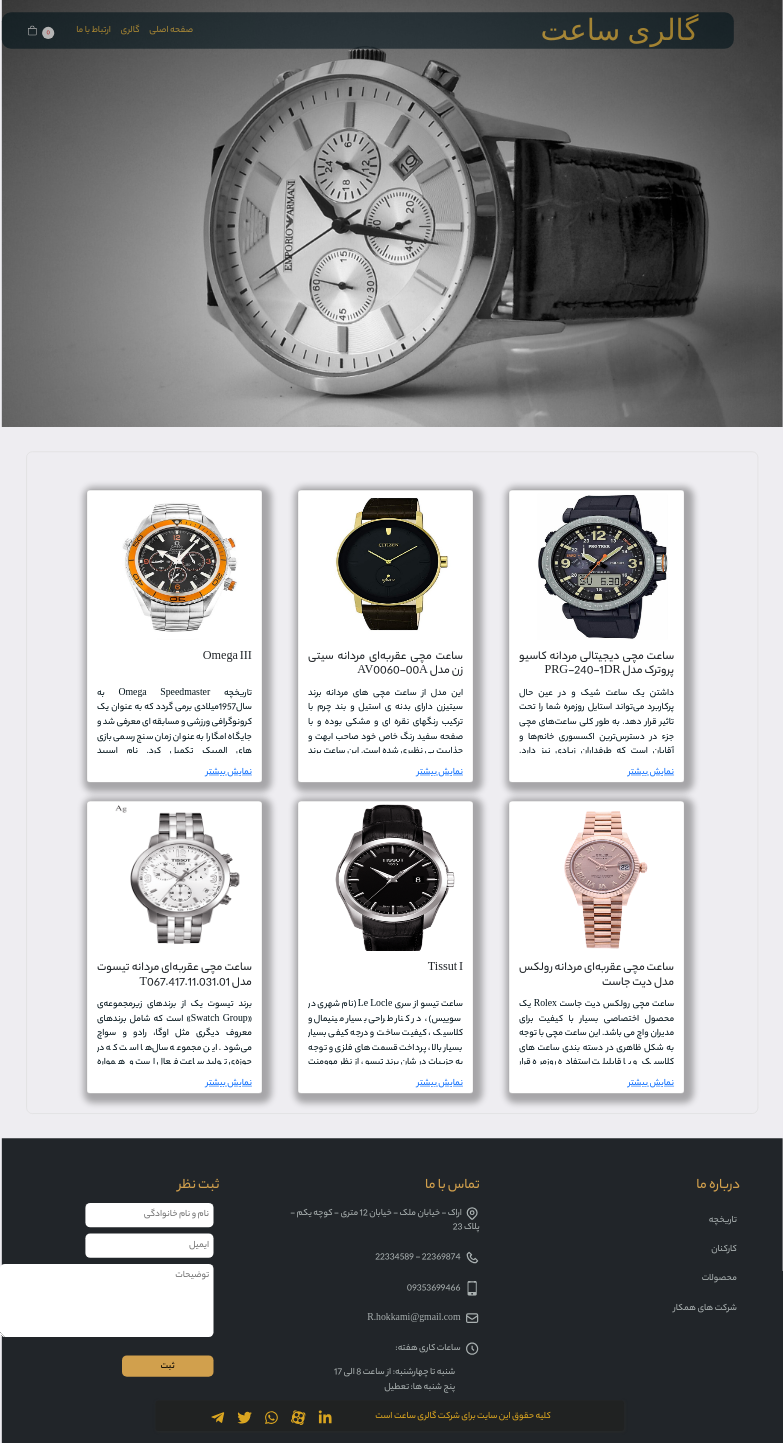
Repository: hokkami/store-prj
Page: /
These files come from the project's save history. The page is drawn as it stood at one moment and after a run of saves; the edit follows.
The browser window is 1280 px wide. The page is 1283 px wide, so the pictures cover 1283 px, including what lies to the right of the window. The pictures show the whole page, at 61% of full size.
The project was rebuilt for these pictures with package versions that can differ from the ones it lists, and the page was loaded fresh each time. Also part of the build but not shown: src/Pages/BagPage/BagPage.jsx, src/components/Location/Location.js, src/Pages/ContactUS/ContactUS.css, src/Pages/ContactUS/ContactUS.js, src/Pages/HistoryCompany/HistoryCompany.css, src/Pages/HistoryCompany/HistoryCompany.js, src/components/Card/ProductsCard.js, src/Pages/Personnel/Personnel.css and 10 more.

Above is the page before, as saved 2022-09-27 01:48:03.

After the next 2 saves:
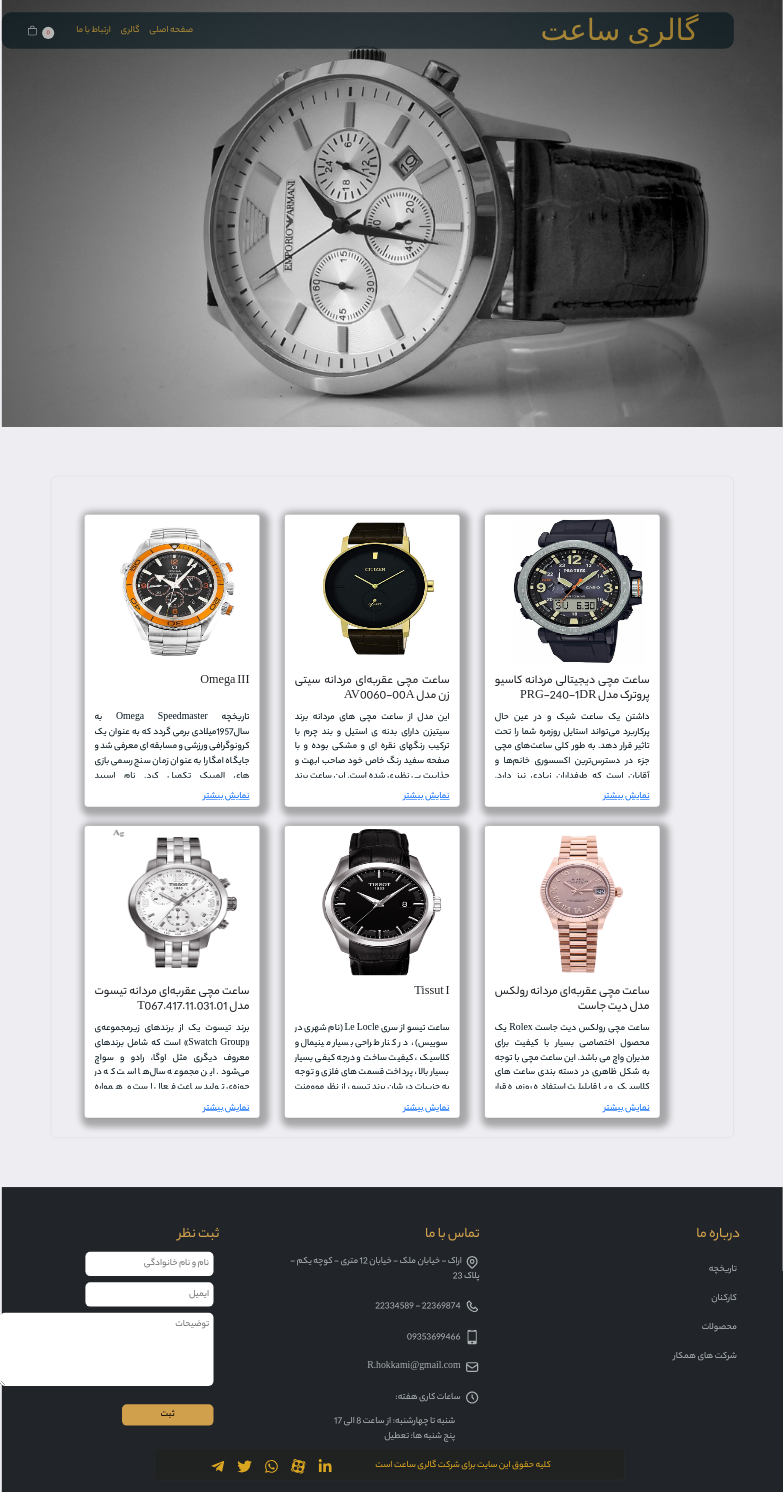
The 2 saves are shown as one change because they came seconds apart.
The last was saved 23 s later.
--- a/src/Pages/Home/Home.css
+++ b/src/Pages/Home/Home.css
@@ -8,6 +8,6 @@
   border: 1px solid gainsboro;
   border-radius: 10px;
   text-align: justify;
-  margin: 40px;
+  margin: 5rem;
   padding:2rem 5rem;
 }
